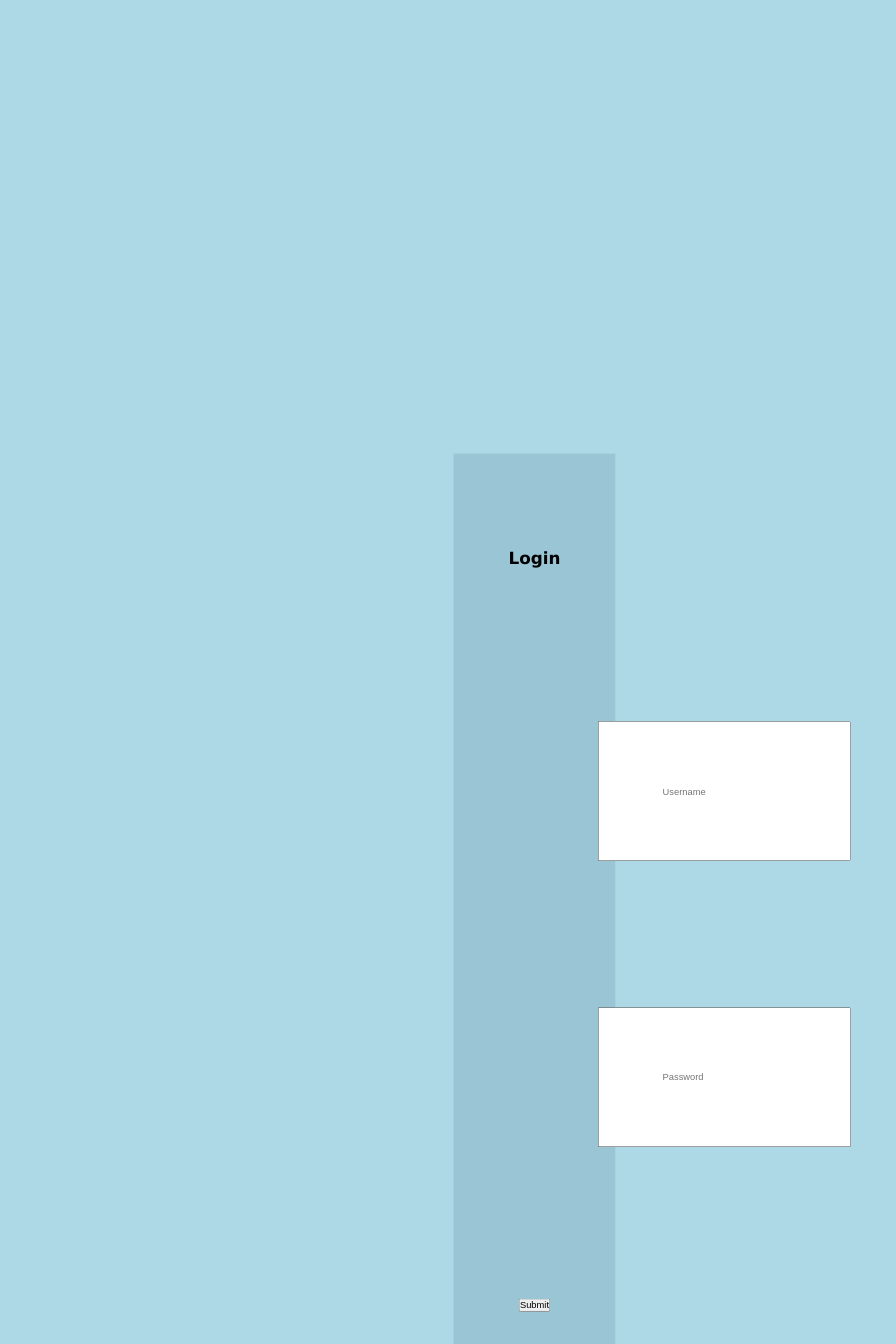
Repository: busra-kayaa/LoginPage
Page: login.html
An editor plug-in stored every save of this project. The page is shown before and after the next save, followed by the edit.
The browser window is 1280 px wide. The pictures show the part of the page from y = 0 to 1920 px (the page is 2752 px tall before and 720 px after), at 70% of full size.

Above is the page before, as saved 2023-12-28 20:09:25.

### login.html
<!DOCTYPE html>
<html>
    <head>
        <title>Login Page</title>
        <link rel="stylesheet" href="./style.css" type="text/css"/>
    </head>
    <body>
        <div class="login-from-container">
            <h2>Login</h2>
            <div class="input-group">
                <i class="fa fa-user"></i>
                <input
                    type="text"
                    placeholder="Username"
                    class="input-text"
                    autocomplete="off"
                />
            </div>
            <div class="input-group">
                <i class="fa fa-unclok-alt"></i>
                <input
                    type="password"
                    placeholder="Password"
                    class="input-text"
                    autocomplete="off"
                />
            </div>
            <div class="subgroup">
                <div class="button-group" id="login-button">
                    <button onclick="alert('Bilgileriniz Başarıyla Alınmıştır.')">Submit</button>
                </div>
                <div class="footer">
                    <a>Forgot Password?</a>
                    <a>SignUp</a>
                </div>
            </div>
        </div>
    </body>
</html>

### style.css
*{
    padding: 50%;
}


body {
    background-color: lightblue;
    color: black;
    display: flex;
    flex-direction: row;
    align-items: center;
    font-family:'Lucida Sans';
}

.login-from-container {
    background-color: rgb(153, 197, 212);
    display: flex;
    flex-direction: column;
    justify-content: center;
    align-items: center;
    text-align: center;
    padding: 25px;
}
.input-group {
    margin-top: 10%;
    margin-bottom: 5%;
}
.button-group {
    display: flex;
    justify-content: center;
    align-items: center;
    font-size: 15px;
}
.subgroup {
 gap: 20px;
}
.footer {
    margin-top: 7%;
    font-size: 10px;
}

After the next save:
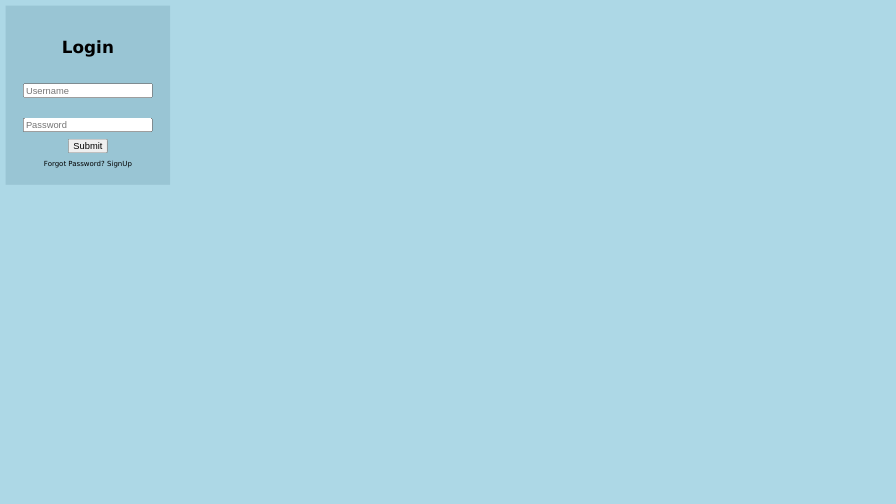
Saved 8 s later.
--- a/style.css
+++ b/style.css
@@ -1,7 +1,3 @@
-*{
-    padding: 50%;
-}
-
 
 body {
     background-color: lightblue;
